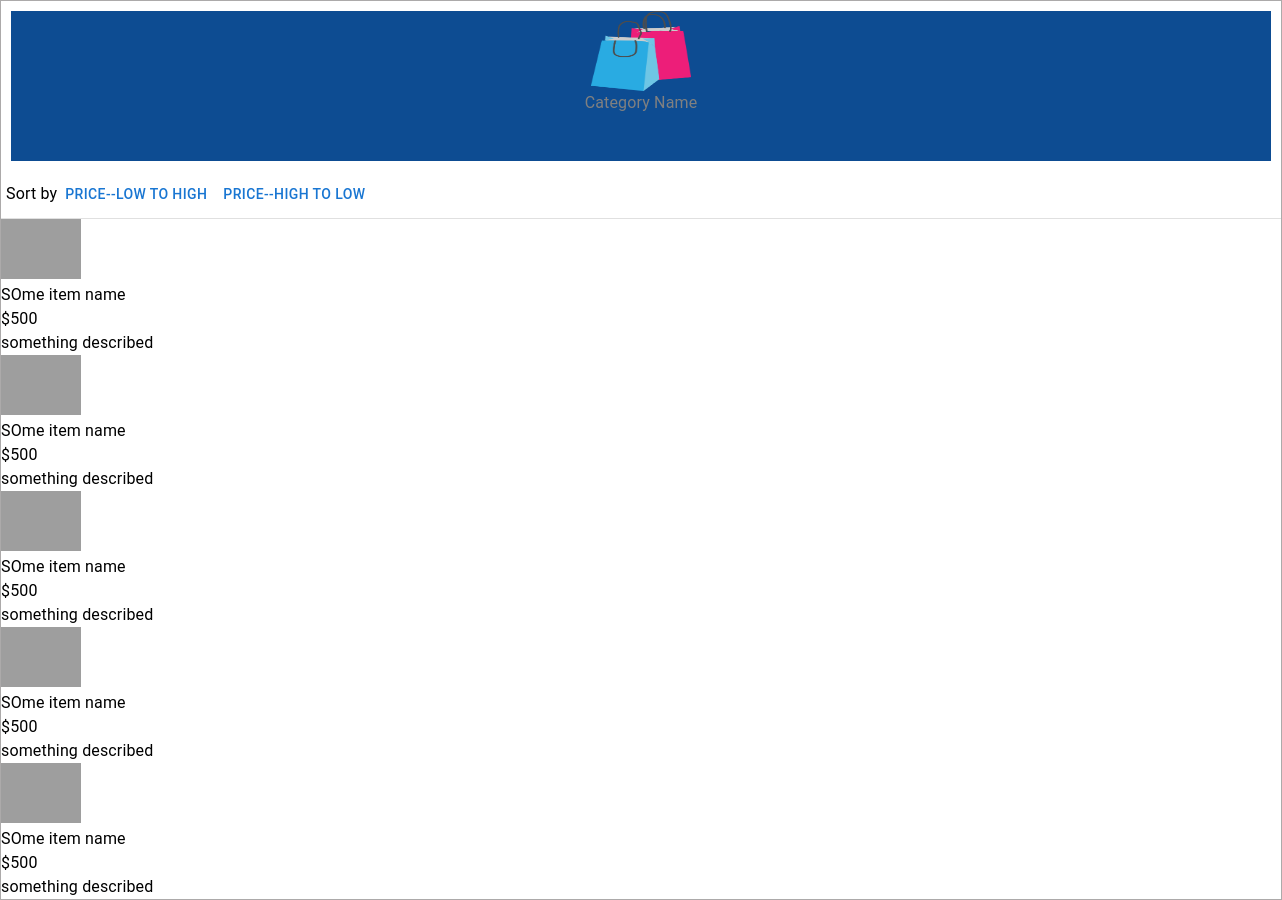
Repository: robin-fareye/reactjs-frontend-flipzone
Page: /
The author's editor kept a copy of each file at every save. The page is drawn from the files as they stood at one save, then again after the next save.
The browser window is 1280 px wide. The page is 1282 px wide, so the pictures cover 1282 px, including what lies to the right of the window. The pictures show the whole page.
Pictures or frames that could not be fetched are drawn as grey boxes. The project was rebuilt for these pictures with package versions that can differ from the ones it lists, and the page was loaded fresh each time. Also part of the build but not shown: src/App.css, src/component/auth/Login.css, src/api/Login.js, src/component/auth/Login.js, src/component/category/Category.js, src/component/header/Header.css, src/component/header/Header.js, src/component/helper/Slide.css and 7 more.

Above is the page before, as saved 2022-11-14 19:35:10.

After the next save:
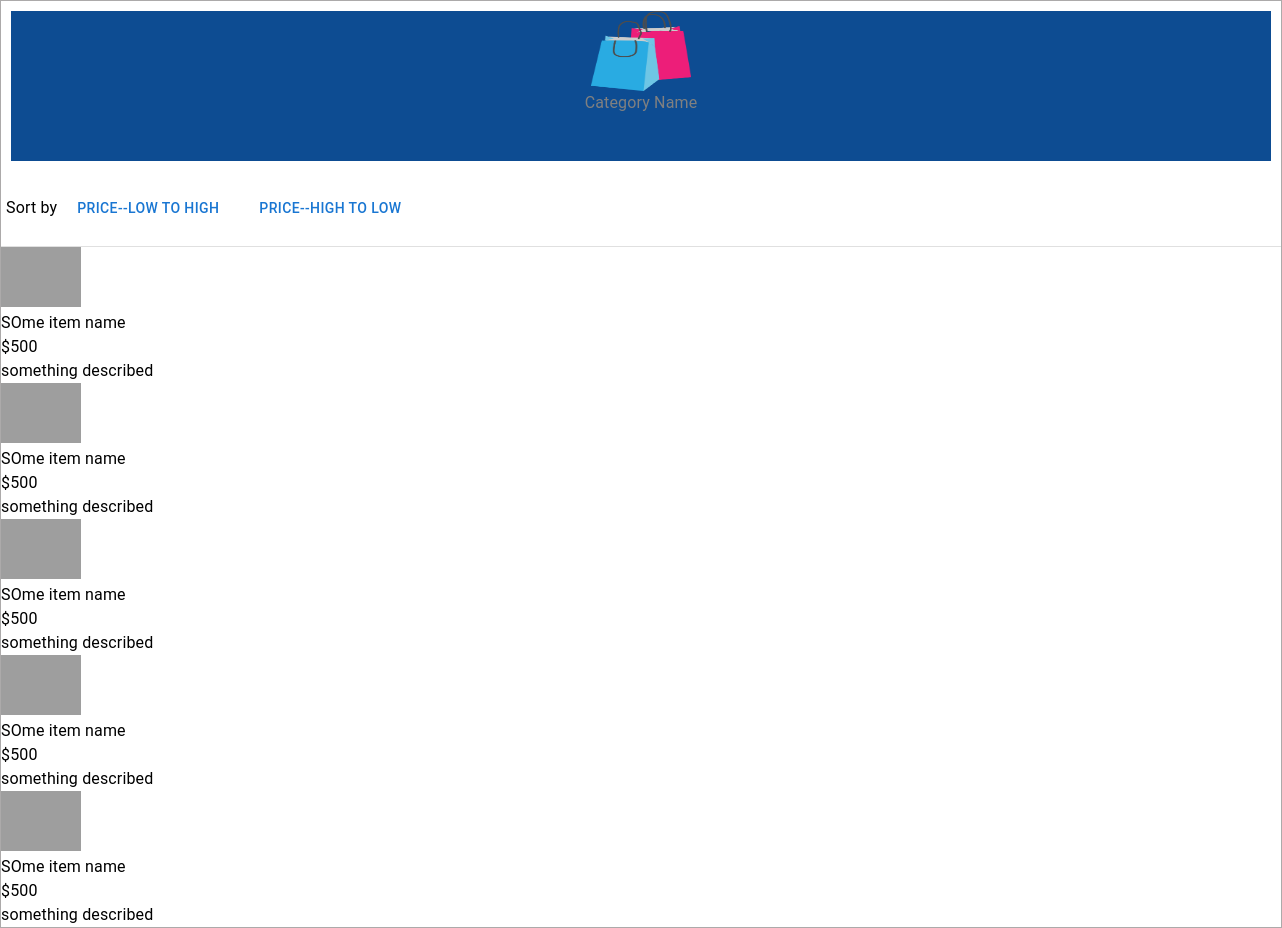
Saved 50 s later.
--- a/src/component/ProductCatalogue/ProductCatalouge.css
+++ b/src/component/ProductCatalogue/ProductCatalouge.css
@@ -41,3 +41,9 @@
     font-weight: bold;
     padding: 20px;
 }
+.sort > Button {
+    border: none;
+    padding: 10px;
+    margin: 10px;
+    background-color: white;
+}
